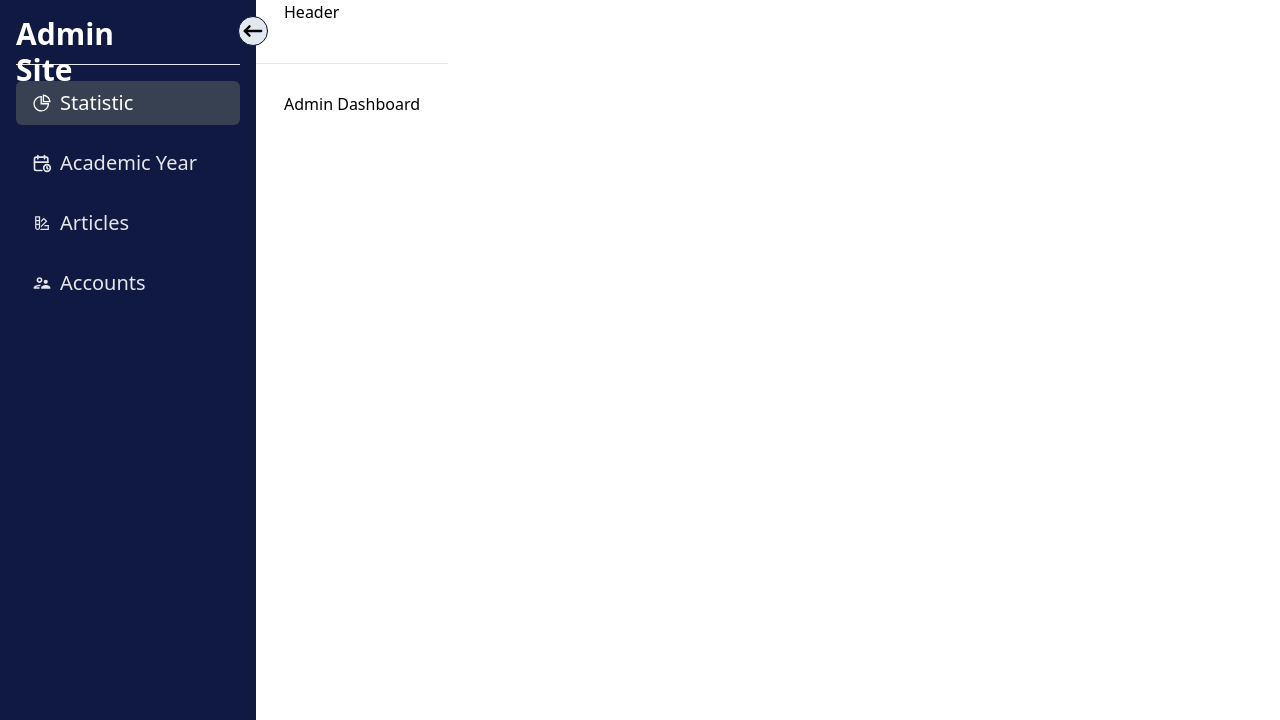
Repository: huynhvanngoan/COMP1640FE-Template
Page: /admin
An editor plug-in stored every save of this project. The page is shown before and after the next save, followed by the edit.
The browser window is 1280 px wide. The pictures show the whole page.
The project was rebuilt for these pictures with package versions that can differ from the ones it lists, and the page was loaded fresh each time. Also part of the build but not shown: src/components/buttonStyles.js, src/pages/LoginPage.jsx, src/pages/student/StudentDashboard.jsx, src/pages/department/DepartmentDashboard.jsx, src/pages/marketing/MarketingDashboard.jsx, src/pages/guest/GuestDashboard.jsx.

Above is the page before, as saved 2024-03-24 07:02:19.

### src/index.js
import React from 'react';
import ReactDOM from 'react-dom/client';
import './index.css';
import App from './App';

const root = ReactDOM.createRoot(document.getElementById('root'));
root.render(
  <React.StrictMode>
      <App />
  </React.StrictMode>
)

### src/index.css
@import url('https://fonts.googleapis.com/css2?family=Inter:wght@100;200;300;400;500;600;700;800;900&display=swap');
@tailwind base;
@tailwind components;
@tailwind utilities;

### src/App.js
import React from 'react'
import { BrowserRouter as Router, Routes, Route, Navigate } from "react-router-dom";
import LoginPage from './pages/LoginPage';
import StudentDashboard from './pages/student/StudentDashboard';
import DepartmentDashboard from './pages/department/DepartmentDashboard';
import MarketingDashboard from './pages/marketing/MarketingDashboard';
import GuestDashboard from './pages/guest/GuestDashboard';
import Layout from './pages/admin/layout';
const App = () => {


  return (
    <Router>
        <Routes>
          <Route path="/login" element={<LoginPage/>} />

          <Route path="/admin" element={<Layout />}/>

          <Route path="/student-dashboard" element={<StudentDashboard />}/>

          <Route path="/guest-dashboard" element={<GuestDashboard />}/>

          <Route path="/department-dashboard" element={<DepartmentDashboard />}/>

          <Route path="/marketing-dashboard" element={<MarketingDashboard />}/>

          {/* <Route path='/marketing-homepage' element={<MarketingHomePage  />}/> */}

          <Route path='*' element={<Navigate to="/login" />} />

        </Routes>
    </Router>
  )
}

export default App

### src/pages/admin/layout.js
import React from 'react';
import Sidebar from './Sidebar';
import Header from './Header';
import AdminDashboard from './AdminDashboard';


export default function Layout() {
  return (
      <div className='flex'>
        <Sidebar />
        <div className='flex flex-col'>
          <Header />
          <AdminDashboard />
        </div>
      </div>
  );
}

### src/pages/admin/Sidebar.js
import React, { useState } from 'react';
import { Link } from 'react-router-dom';
import { AiOutlinePieChart } from "react-icons/ai";
import { TbCalendarTime } from "react-icons/tb";
import { LiaSwatchbookSolid } from "react-icons/lia";
import { MdOutlineSupervisorAccount } from "react-icons/md";
import { TbArrowNarrowLeft } from "react-icons/tb";
export const SidebarContent = [
  {
    icon: AiOutlinePieChart,
    heading: "Statistic"
  },
  {
    icon: TbCalendarTime,
    heading: "Academic Year"
  },
  {
    icon: LiaSwatchbookSolid,
    heading: "Articles"
  },
  {
    icon: MdOutlineSupervisorAccount,
    heading: "Accounts"
  }
]

export default function Sidebar() {
  const [selected, setSelected] = useState(0);
  const [colapse, setColapse] = useState(true);

  return (
    <div className={`left-0 top-0 h-screen bg-[#0f1941] p-4 ${colapse ? "w-64" : "w-20"} duration-300`}>
        <div className='flex flex-col'>
           <div className='relative flex h-10 justify-end'>
            <h1 className='text-white text-3xl font-bold mr-20'>Admin Site</h1>
            <TbArrowNarrowLeft className={`text-3xl bg-slate-200 rounded-full cursor-pointer absolute -right-7 border border-[#080e24] hover:text-white ${!colapse && 'rotate-180'}`} onClick={() => setColapse(!colapse)} />
           </div>
          <ul className='my-2 border-t pt-4 w-full items-center'>
            {SidebarContent.map((item, index) => {
              return (
                <li className={selected === index  ? "mb-4 group active" : "mb-4" } key={index} onClick={() => setSelected(index)}>
                  <Link to="#" className={`flex w-full rounded-md items-center space-x-2 text-gray-200 hover:bg-[#080e24] hover:text-white group-[.active]:bg-gray-700 group-[.active]:text-white ${colapse ? 'text-xl px-4 py-2 ': 'text-3xl px-2 py-1'}`}>
                    { colapse ? (
                      <>
                        <item.icon />
                        <span>{item.heading}</span>
                      </>
                    ) : ( <item.icon />)
                    }
                  </Link>
                </li>
              )
            })}
          </ul>
        </div>
    </div>
  );
}

### src/pages/admin/Header.js
import React from 'react';

export default function Header() {
  return (
    <div className='px-7 border-b w-full h-16'>
        Header
    </div>
  );
}

### src/pages/admin/AdminDashboard.js
import React from 'react'

const AdminDashboard = () => {
  return (
      <div className='p-7'>
        Admin Dashboard
      </div>
  )
}

export default AdminDashboard

### tailwind.config.js
/** @type {import('tailwindcss').Config} */
module.exports = {
  content: [
    "./src/**/*.{js,jsx,ts,tsx}",
  ],
  theme: {
    extend: {
      fontFamily: {
        "inter": ["Inter", "sans-serif"]
      }
    },
  },
  plugins: [],
}

Loaded but not shown: public/index.html (common file)

After the next save:
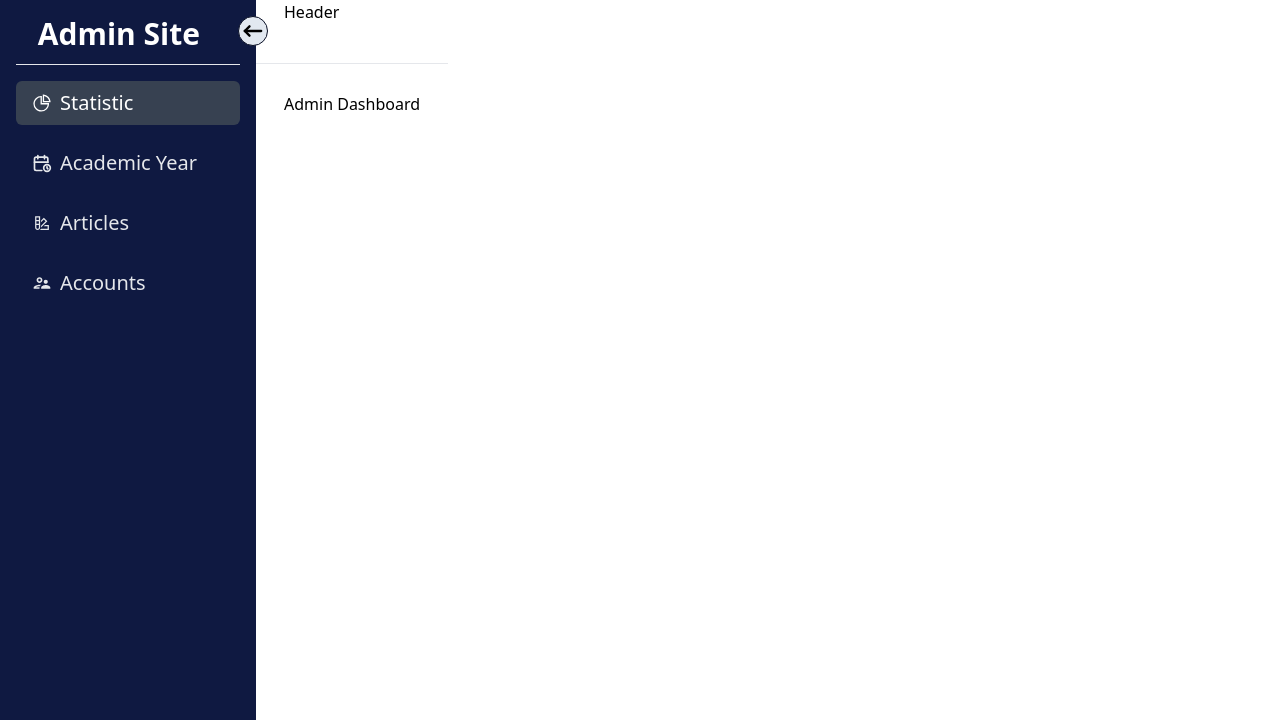
Saved 6 s later.
--- a/src/pages/admin/Sidebar.js
+++ b/src/pages/admin/Sidebar.js
@@ -32,7 +32,7 @@ export default function Sidebar() {
     <div className={`left-0 top-0 h-screen bg-[#0f1941] p-4 ${colapse ? "w-64" : "w-20"} duration-300`}>
         <div className='flex flex-col'>
            <div className='relative flex h-10 justify-end'>
-            <h1 className='text-white text-3xl font-bold mr-20'>Admin Site</h1>
+            <h1 className='text-white text-3xl font-bold mr-10'>Admin Site</h1>
             <TbArrowNarrowLeft className={`text-3xl bg-slate-200 rounded-full cursor-pointer absolute -right-7 border border-[#080e24] hover:text-white ${!colapse && 'rotate-180'}`} onClick={() => setColapse(!colapse)} />
            </div>
           <ul className='my-2 border-t pt-4 w-full items-center'>
